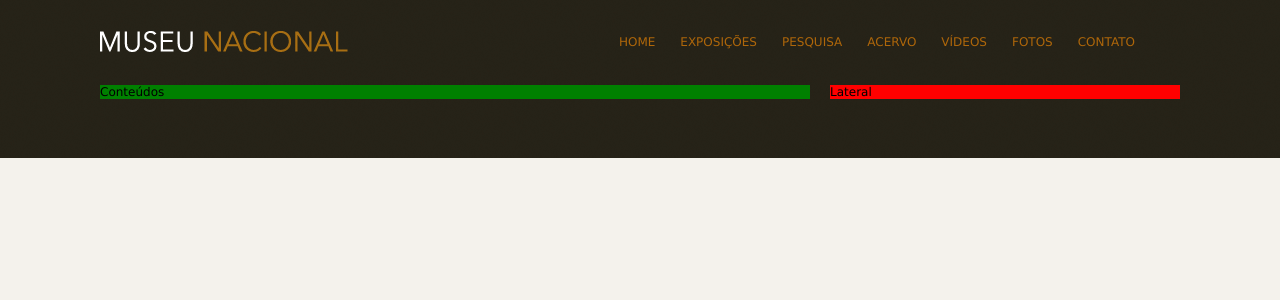
Repository: GustavoScopinho/Museu-Nacional
Page: index.html
An editor plug-in stored every save of this project. The page is shown before and after the next save, followed by the edit.
The browser window is 1280 px wide. The pictures show the whole page.

Above is the page before, as saved 2022-07-05 01:00:09.

After the next save:
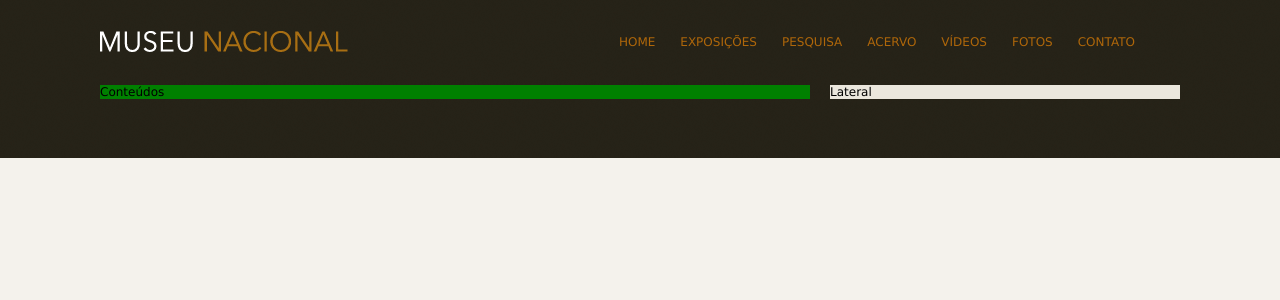
Saved 30 s later.
--- a/css/style.css
+++ b/css/style.css
@@ -68,5 +68,5 @@
 aside {
   width: 350px;
   float: right;
-  background: red;
+  background: #ebe7dd;
 }
